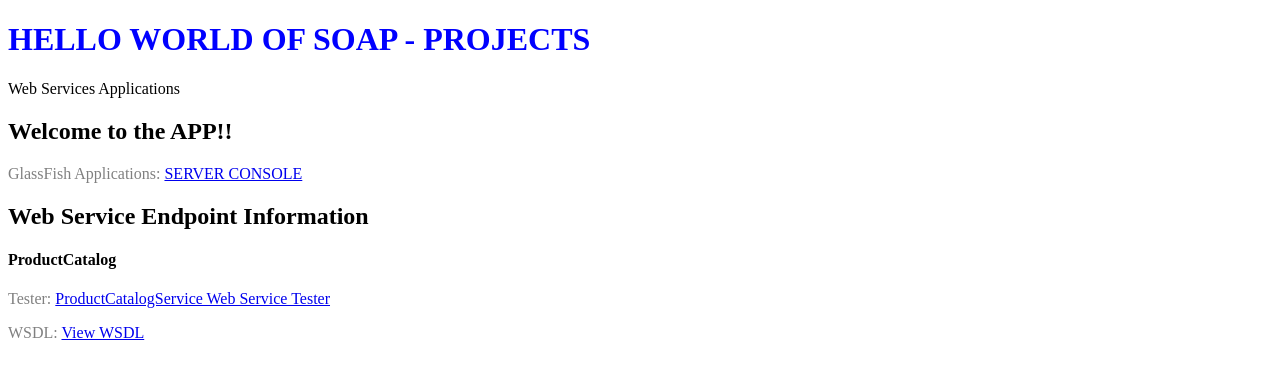
Repository: atafs/BackEnd_JAX-JAX-WS_SOAP
Page: http://localhost/Project_004_SOAP_server_TypesAndBinding/
The author's editor kept a copy of each file at every save. The page is drawn from the files as they stood at one save, then again after the next save.
The browser window is 1280 px wide. The pictures show the whole page.
The page is served by Tomcat 9.

Above is the page before, as saved 2016-01-26 15:04:44.

After the next save:
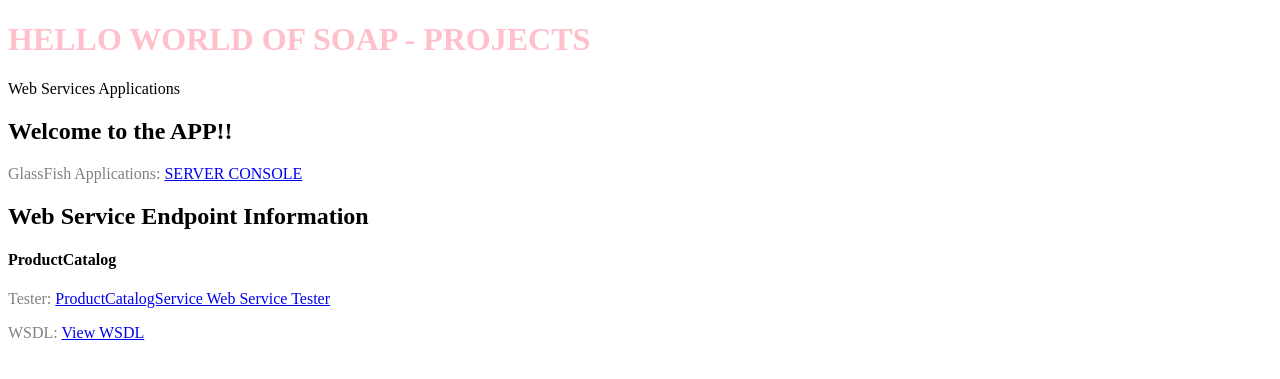
Saved 2 min 49 s later.
--- a/Project_004_SOAP_server_TypesAndBinding/WebContent/index.jsp
+++ b/Project_004_SOAP_server_TypesAndBinding/WebContent/index.jsp
@@ -11,7 +11,7 @@
 
 <!-- BODY -->
 <body>
-	<h1 style="color:blue;">HELLO WORLD OF SOAP - PROJECTS</h1>
+	<h1 style="color:pink;">HELLO WORLD OF SOAP - PROJECTS</h1>
 	<p>Web Services Applications</p>
 
 	<!-- LINKS -->
